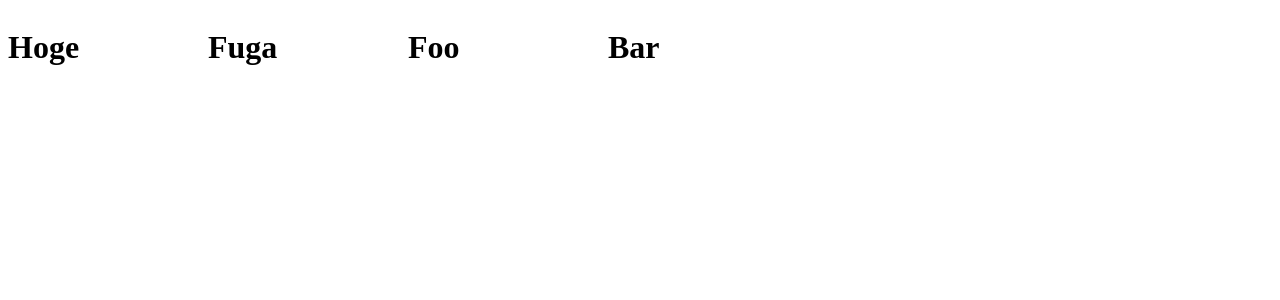
Repository: otanaoyuki/samurai_HTML-CSS
Page: sss.html
The author's editor kept a record of every edit. The page is drawn from the files as they stood at one moment, then again after the next edit.
The browser window is 1280 px wide. The pictures show the whole page.

Above is the page before.

After the next edit:
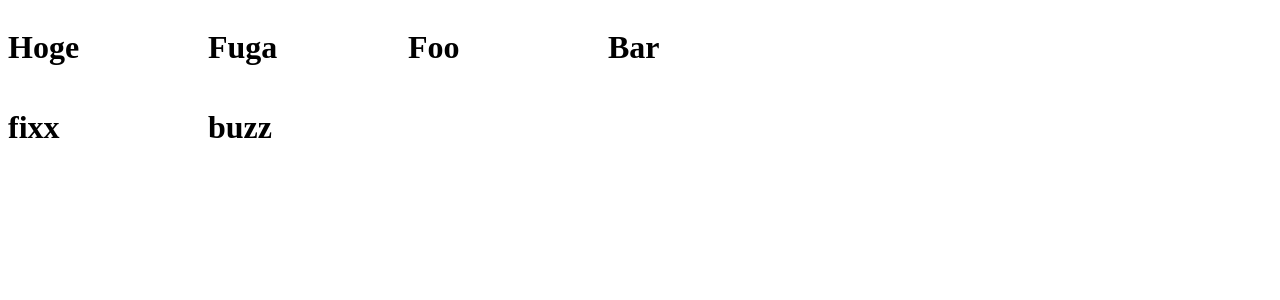
The edit:
--- a/sss.html
+++ b/sss.html
@@ -14,6 +14,8 @@
             <h1>Fuga</h1>
             <h1>Foo</h1>
             <h1>Bar</h1>
+            <h1>fixx</h1>
+            <h1>buzz</h1>
         </div>
     </body>
 </html>
